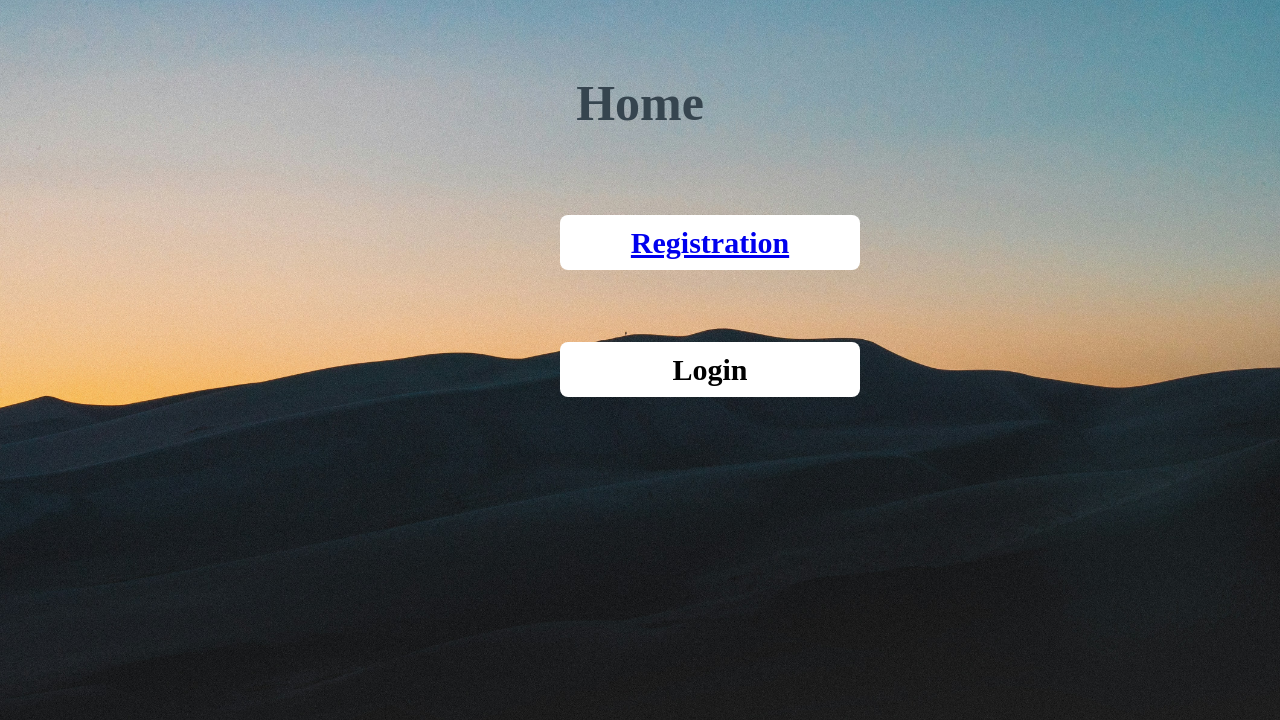
Repository: aboli-vyas/Servlet_Projects
Page: Sevlet_Project/src/main/webapp/index.html
An editor plug-in stored every save of this project. The page is shown before and after the next save, followed by the edit.
The browser window is 1280 px wide. The pictures show the whole page.

Above is the page before, as saved 2025-06-09 16:11:13.

### Sevlet_Project/src/main/webapp/index.html
<!DOCTYPE html>
<html>
<head>
<meta charset="UTF-8">
<title>Insert title here</title>
<link rel="stylesheet" href="style3.css">
</head>
<body>

<h1>Home</h1>
<div class="button1">
<button><a href="Registration.html">Registration</a></button>
<br><br>
<button><a>Login</button>
</div>
</body>
</html>

### Sevlet_Project/src/main/webapp/style3.css
body {
    font-family: 'Segoe UI', Tahoma, Geneva, Verdana, sans-serif;
    background: linear-gradient(120deg, #f6f9fc, #e0f7fa);
    background-image: url("Images/bg3.jpg");
    background-size: cover;
    background-position: center;
    background-repeat: no-repeat;
    background-attachment: fixed;
    margin: 0;
    padding: 40px;
}
h1{
	color: 	#36454F;
	font-family: "Font Name", fallback-font, generic-family;
	font-size: 50px;
	text-align: center;
}
button{
	width:300px;
	height: 55px;
	margin-top: 50px;
	margin-left: 520px;
	background: white ;
    color: black;
    font-family: "Font Name", fallback-font, generic-family;
    border: none;
    font-size: 30px;
    font-weight: bold;
    border-radius: 8px;
    cursor: pointer;
    transition: background 0.3s;
}
button:hover {
    background: #f5d264;
    color: black;
}

After the next save:
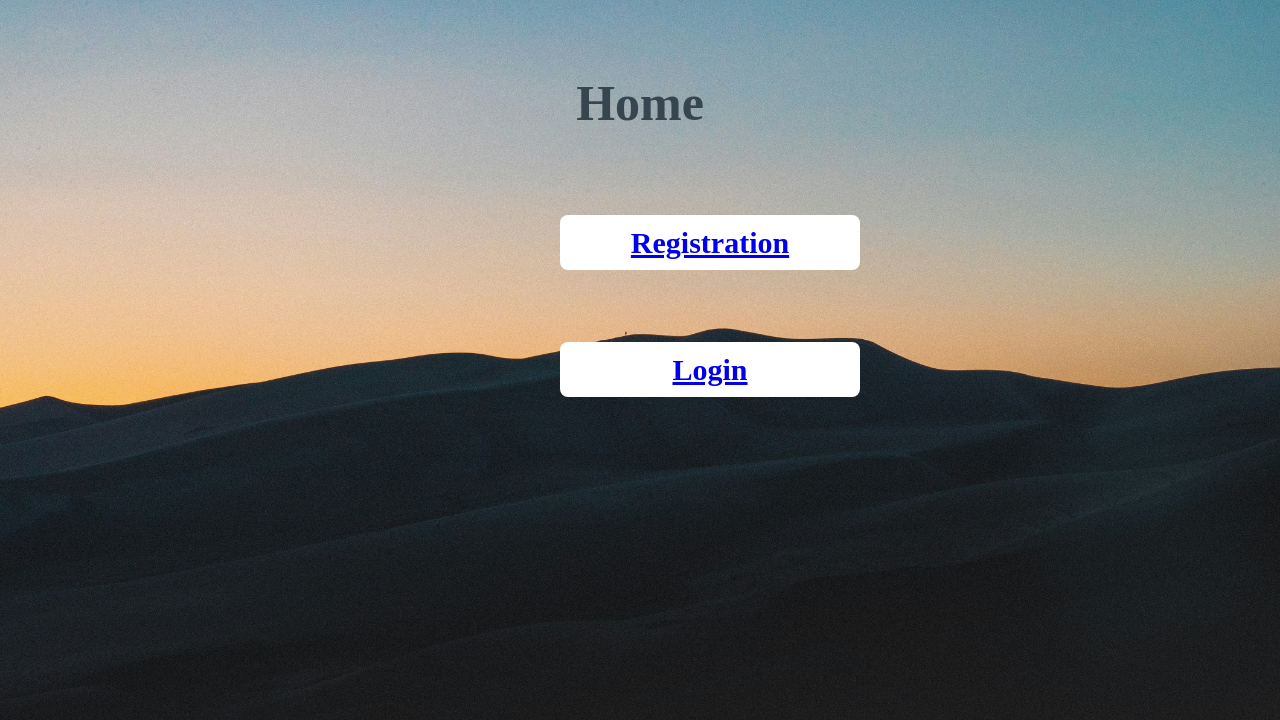
Saved 17 s later.
--- a/Sevlet_Project/src/main/webapp/index.html
+++ b/Sevlet_Project/src/main/webapp/index.html
@@ -11,7 +11,7 @@
 <div class="button1">
 <button><a href="Registration.html">Registration</a></button>
 <br><br>
-<button><a>Login</button>
+<button><a href="Login.html">Login</a></button>
 </div>
 </body>
 </html>
